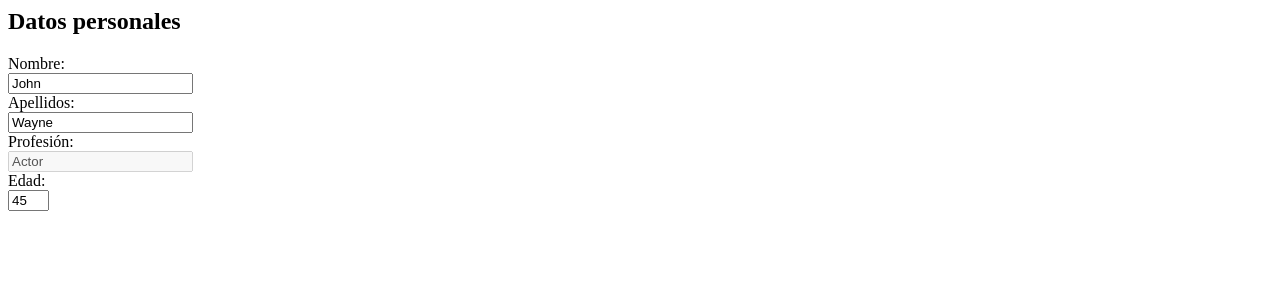
Repository: Alemartinez97/New-Repository
Page: programacion-3/tp3/formProducto.html
These files come from the project's save history. The page is drawn as it stood at one moment and after the next save; the edit follows.
The browser window is 1280 px wide. The pictures show the whole page.

Above is the page before, as saved 2020-06-04 17:48:37.

After the next save:
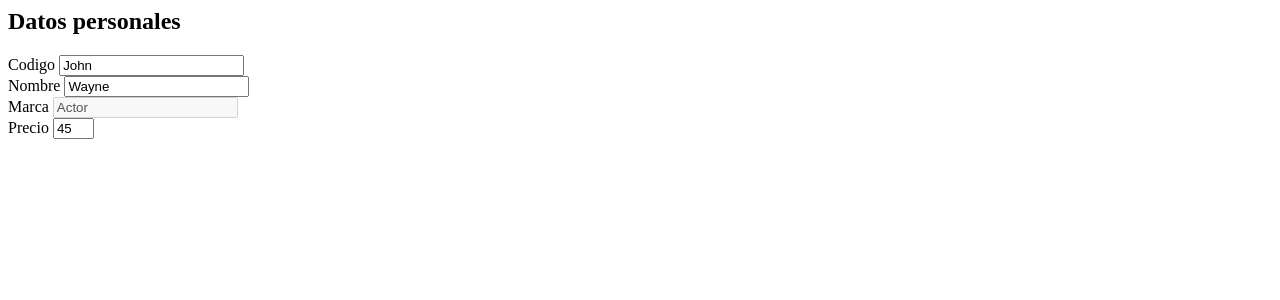
Saved 2 min 16 s later.
--- a/programacion-3/tp3/formProducto.html
+++ b/programacion-3/tp3/formProducto.html
@@ -12,13 +12,13 @@ Cobra sentido con el uso de CSS-->
 <div id="contenedor">
 	<h2 id="encabezado">Datos personales</h2>
 	<form id="formulario1" name="formulario1" method="post" action="data.php">
-		Nombre:<br>
+		<label for="">Codigo</label>
 		<input type="text" name="nombre" id="nombre" value="John"><br>
-		Apellidos:<br>
+		<label for="">Nombre</label>
 		<input type="text" name="apellidos" id="apellidos" value="Wayne"><br>
-		Profesión:<br>
+		<label for="">Marca</label>
 		<input type="text" name="profesion" id="profesion" value="Actor" disabled="disabled"><br>
-		Edad:<br>
+		<label for="">Precio</label>
 		<input type="text" name="edad" id="edad" size="2" maxlength="2" value="45"><br>
 	</form>
 </div>
